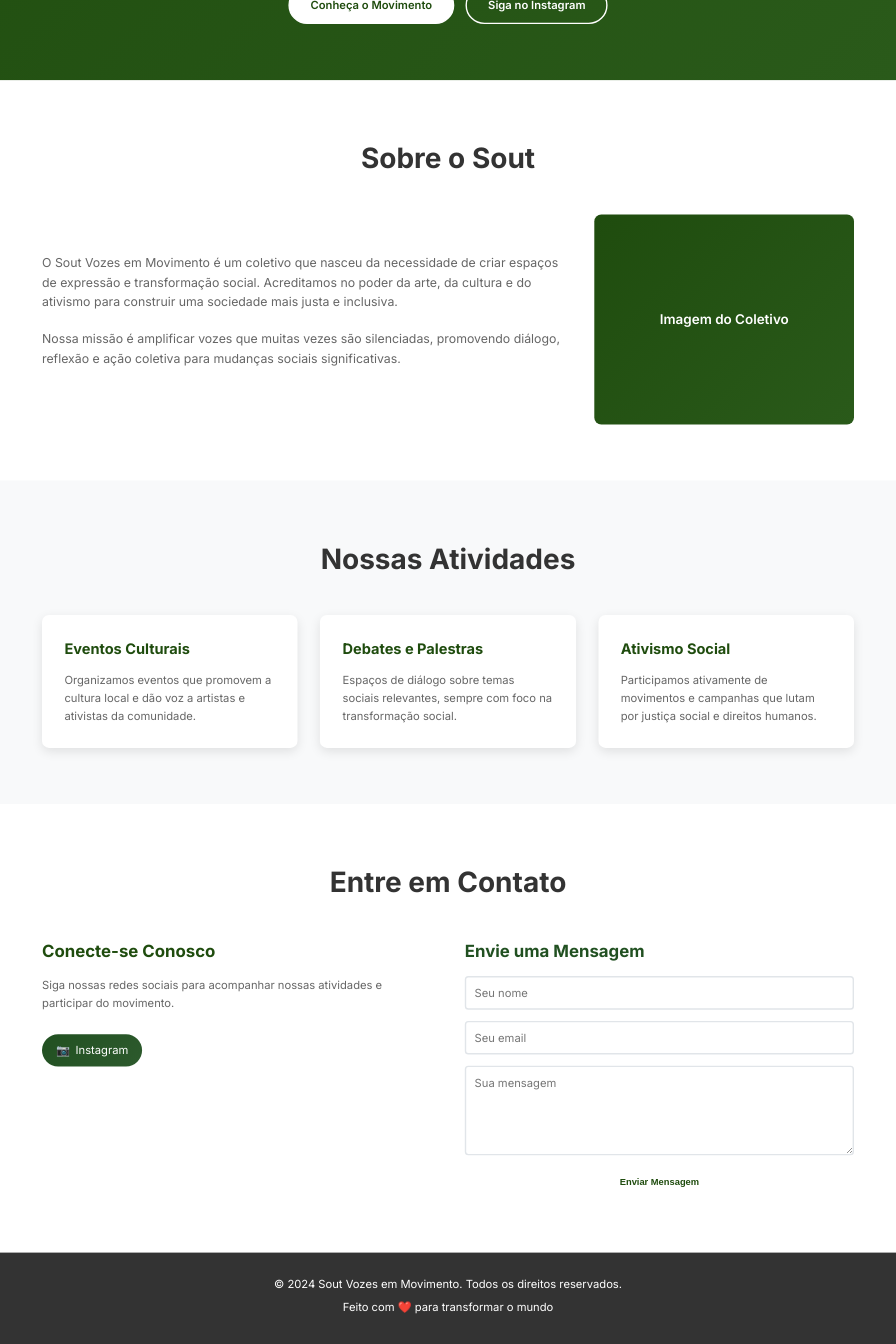
Repository: farukzahra/sout
Page: index.html
An editor plug-in stored every save of this project. The page is shown before and after a run of saves, followed by the edit.
The browser window is 1280 px wide. The pictures show the part of the page from y = 679 to 2599 px (the page is 2599 px tall), at 70% of full size.
Some web fonts or font styles are not loaded; a fallback is used.

Above is the page before, as saved 2025-10-02 13:22:49.

After the next 3 saves:
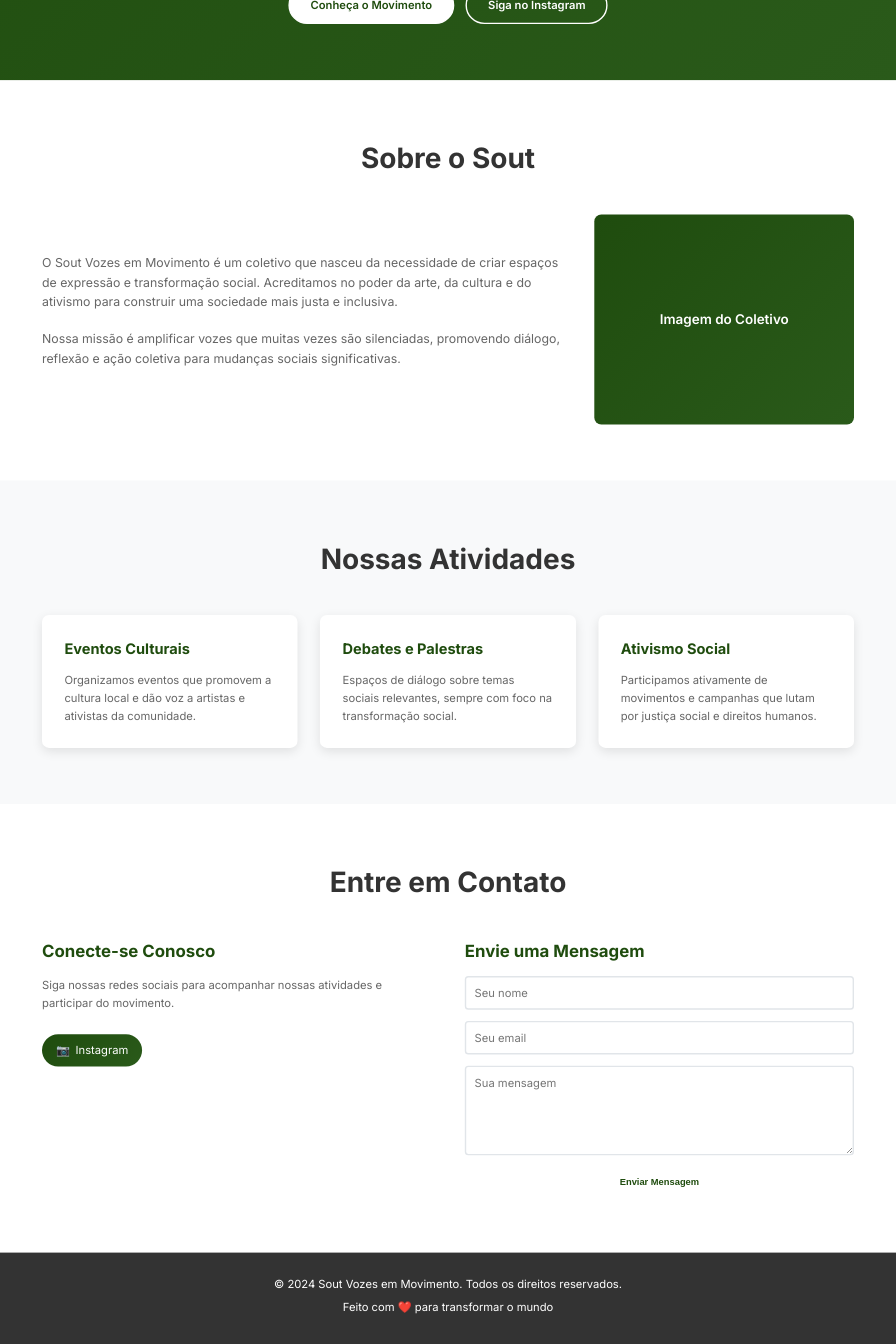
The 3 saves are shown as one change because they came seconds apart.
The last was saved 12 s later.
--- a/style.css
+++ b/style.css
@@ -257,7 +257,7 @@ body {
     align-items: center;
     gap: 0.5rem;
     padding: 10px 20px;
-    background: linear-gradient(135deg, #215021 0%, #2d5a2d 100%);
+    background: linear-gradient(135deg, #1f4c0e 0%, #2a5a1a 100%);
     color: white;
     text-decoration: none;
     border-radius: 25px;
@@ -269,7 +269,7 @@ body {
 }
 
 .contact-form h3 {
-    color: #215021;
+    color: #1f4c0e;
     margin-bottom: 1rem;
     font-size: 1.5rem;
 }
@@ -293,7 +293,7 @@ body {
 .contact-form input:focus,
 .contact-form textarea:focus {
     outline: none;
-    border-color: #215021;
+    border-color: #1f4c0e;
 }
 
 .contact-form textarea {
